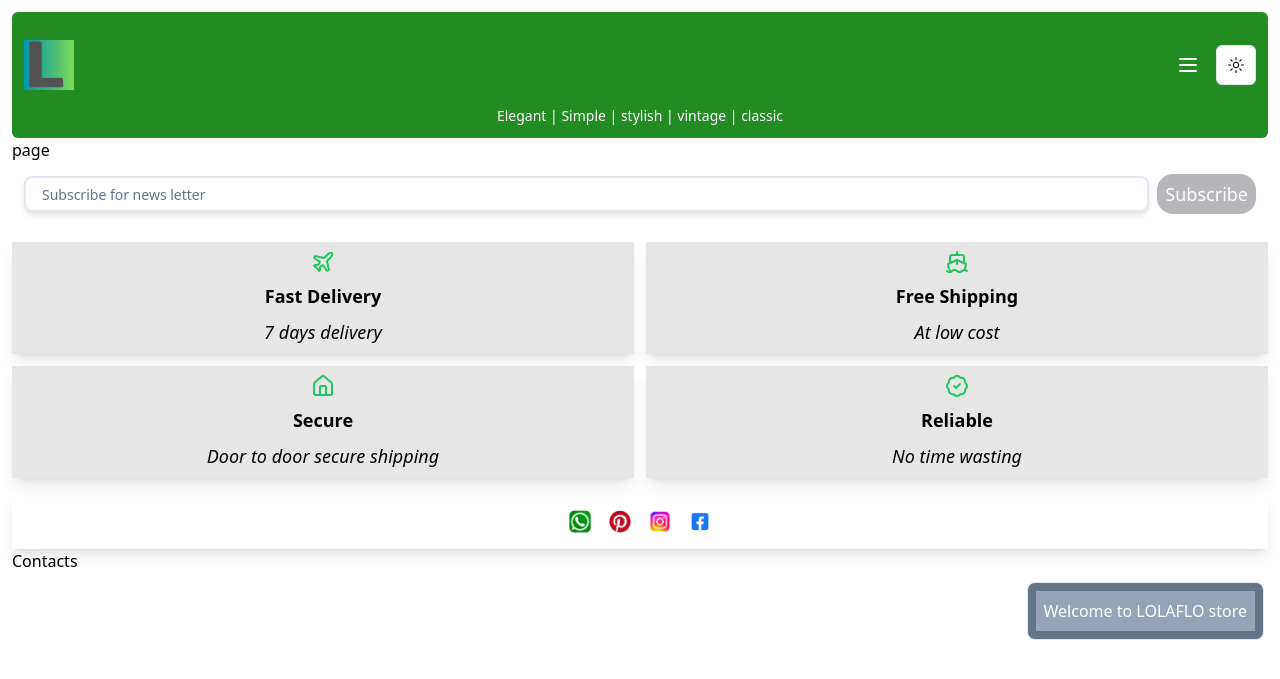
Repository: Semanmernstack/bisi-abejide
Page: /bb
The author's editor kept a copy of each file at every save. The page is drawn from the files as they stood at one save, then again after the next save.
The browser window is 1280 px wide. The pictures show the whole page.
The project was rebuilt for these pictures with package versions that can differ from the ones it lists, and the page was loaded fresh each time. The framework's server and built-in components were replaced by stand-ins that run in the browser. Also part of the build but not shown: next.config.mjs.

Above is the page before, as saved 2024-04-19 00:38:28.

After the next save:
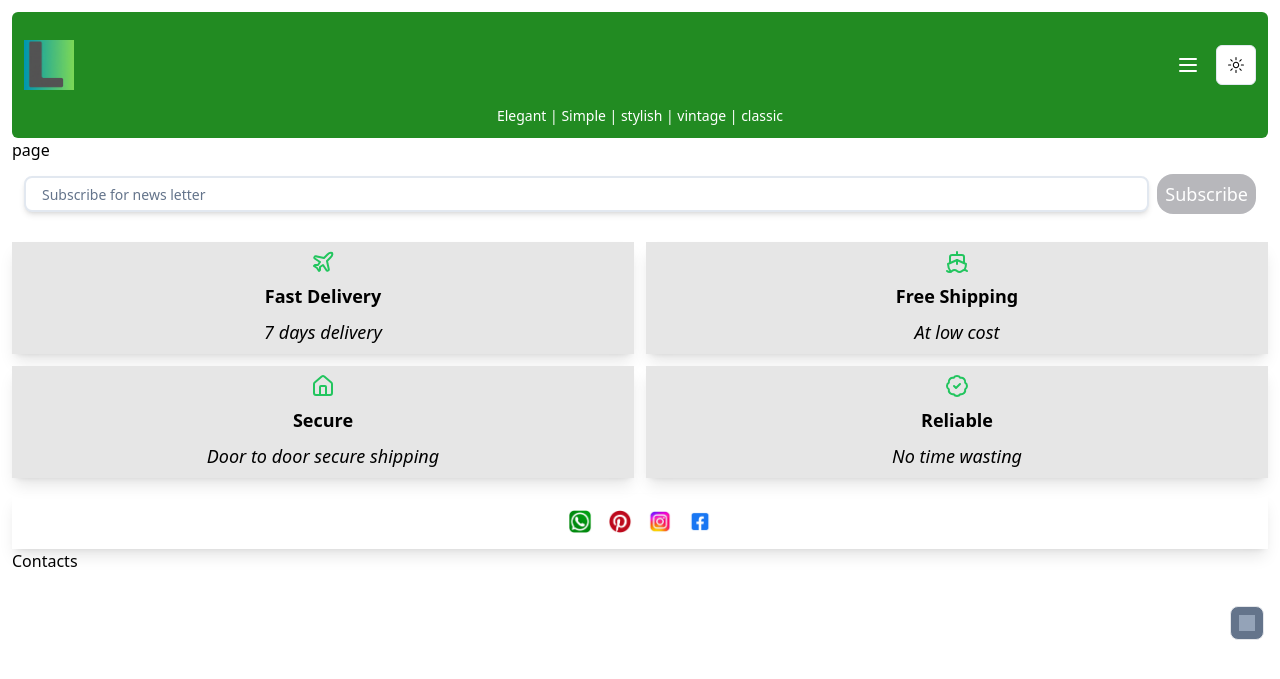
Saved 47 s later.
--- a/components/Ai.tsx
+++ b/components/Ai.tsx
@@ -26,7 +26,8 @@
 
     <div className='p-2 max-w-2xl bg-slate-400 mx-auto h-full'>
       <Popover  >
-        <PopoverTrigger>Welcome to LOLAFLO store</PopoverTrigger>
+
+        <PopoverContent className=' text-green-600 mx-auto h-full bg-slate-200 max-w-2xl'> Welcome to LOLAFLO store</PopoverContent>
 
       </Popover>
 

After the save that followed:
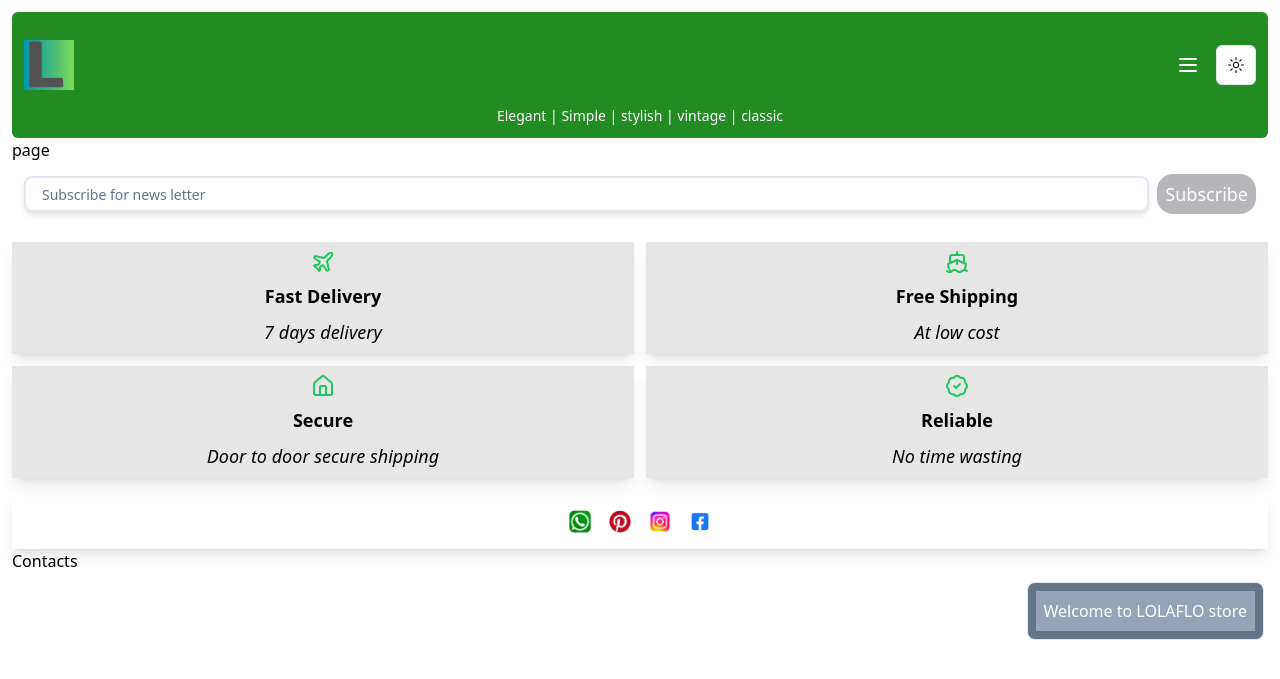
Saved 39 s later.
--- a/components/Ai.tsx
+++ b/components/Ai.tsx
@@ -26,6 +26,7 @@
 
     <div className='p-2 max-w-2xl bg-slate-400 mx-auto h-full'>
       <Popover  >
+      <PopoverTrigger>Welcome to LOLAFLO store</PopoverTrigger>
 
         <PopoverContent className=' text-green-600 mx-auto h-full bg-slate-200 max-w-2xl'> Welcome to LOLAFLO store</PopoverContent>
 
